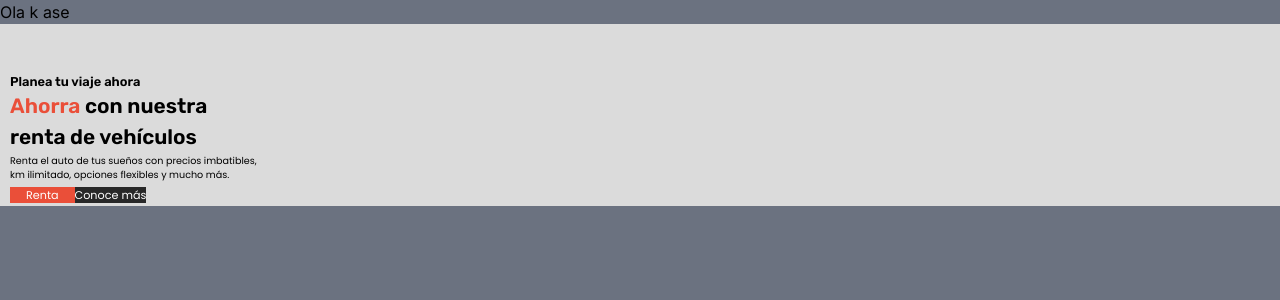
Repository: aldovelacasas/PF_RentCar2
Page: /homePage
These files come from the project's save history. The page is drawn as it stood at one moment and after the next save; the edit follows.
The browser window is 1280 px wide. The pictures show the whole page.
The project was rebuilt for these pictures with package versions that can differ from the ones it lists, and the page was loaded fresh each time. The framework's server and built-in components were replaced by stand-ins that run in the browser. Also part of the build but not shown: next.config.js.

Above is the page before, as saved 2023-08-29 19:13:58.

### src/app/layout.jsx
import "./globals.css";
import { Inter } from "next/font/google";

const inter = Inter({ subsets: ["latin"] });

export const metadata = {
  title: "Create Next App",
  description: "Generated by create next app",
};

export default function RootLayout({ children }) {
  return (
    <html lang="en">
      <body className={inter.className}>
        <h1>Ola k ase</h1>
        <div className="h-[calc(100vh-5rem)]">{children}</div>
      </body>
    </html>
  );
}

### src/app/homePage/page.jsx
import { Rubik, Poppins } from "next/font/google";

const fontRubik = Rubik({
  weight: "600",
  subsets: ["latin"],
});

const fontPoppins = Poppins({
  weight: "400",
  subsets: ["latin"],
});
const poppins = fontPoppins.className;
const rubik = fontRubik.className;

function HomePage() {
  return (
    <div className={`bg-gris_fondo ${rubik} space-y-0 space-x-2.5`}>
      <p className={`pt-12 ml-2.5 text-[0.8em]`}>Planea tu viaje ahora</p>
      <p className="text-[1.3em] mb-0 pb-0">
        <span className="text-naranja_enf mb-0 pb-0">Ahorra </span>
        con nuestra
      </p>
      <p className="text-[1.3em] mt-0 pt-0">renta de vehículos</p>
      <div>
        <p className={`${poppins} text-[0.6em]`}>
          Renta el auto de tus sueños con precios imbatibles,
        </p>
        <p className={`${poppins} text-[0.6em]`}>
          km ilimitado, opciones flexibles y mucho más.
        </p>
        <div>
          <a
            href="#form"
            className={`bg-naranja_enf text-white text-[0.7em] px-4 ${poppins}`}>
            Renta
          </a>
          <a
            href="#form"
            className={`bg-negro_fondo text-white text-[0.7em] ${poppins}`}>
            Conoce más
          </a>
        </div>
      </div>
    </div>
  );
}

export default HomePage;

### src/app/api/products/[id]/route.js
import { NextResponse } from "next/server";
import {conn} from "@/libs/mysql"

export async function GET(request,{params}){
  try {
    const result = await conn.query("SELECT * FROM product WHERE id = ?", [params.id])
    if(result.length === 0 ){
        return NextResponse.json(
         {
            message: "producto no encontrado",
         },
         {
            status:404,
         }
        );
    }
    return NextResponse.json(result[0])
  } catch (error) {
    return NextResponse.json(
        {
            message:error.message,
        },
        {status: 500}
    )
  }
}

export async function DELETE (request,{params} ){
    try {
     const result = await conn.query("DELETE FROM product WHERE id = ?", [params.id]);
     if(result.affectedRows === 0){
         return NextResponse.json({message:"Producto no encontrado"},{status:404})
     }

     return new Response (null, {status: 204})
 } catch (error) {
     return NextResponse.json({message:error.message},{status:500})
 }
    }

export async  function PUT(request, {params}){
   try {
    const data = await request.json()
    const result = await conn.query("UPDATE product SET ? WHERE id = ?", [data , params.id])

    if (result.affectedRows === 0) {
        return NextResponse.json(
        {
            message: "producto no encontrado",
        },
        {
            status: 400,
        }
        )
    }
     const updateProduct = await conn.query("SELECT * FROM product WHERE id = ?", [params.id])

  return NextResponse.json(updateProduct[0])

   } catch (error) {
    return NextResponse.json(
        {
            message: error.message,
        },
        { status: 500}
    )
   }
}

### src/app/api/products/route.js
import { NextResponse } from "next/server";
import {conn} from "@/libs/mysql";

export async function GET(){
    try {
        const results = await conn.query("SELECT * FROM product");
        return NextResponse.json(results)

    } catch (error) {
        return NextResponse.json(
        {
          message: error.message,
        },
        {
            status:500,
        }

        );
    }
}

    export async function POST (request) {
  try {
    const {name, price, year, model, capacity, type, description, image, transmission,  }= await request.json();

    const result  = await conn.query("INSERT INTO product SET ?", {
        name,
        price,
        year,
        model,
        capacity,
        type,
        transmission,
        image,
        description

    })

    return NextResponse.json({
        name,
        price,
        year,
        model,
        capacity,
        type,
        transmission,
        image,
        description,
        id: result.insertId,

    })

  } catch (error) {
    console.log(error);
    return NextResponse.json(
    {
        message: error.message,
    },
    {
        status:500,
    }
    );
  }

}

### src/app/globals.css
@tailwind base;
@tailwind components;
@tailwind utilities;

body {
   @apply bg-gray-500; /* Fondo más claro */
   color: gray-800; /* Texto oscuro */
}

### tailwind.config.js
/** @type {import('tailwindcss').Config} */
module.exports = {
  content: [
    "./src/pages/**/*.{js,ts,jsx,tsx,mdx}",
    "./src/components/**/*.{js,ts,jsx,tsx,mdx}",
    "./src/app/**/*.{js,ts,jsx,tsx,mdx}",
  ],
  theme: {
    extend: {
      backgroundImage: {
        "gradient-radial": "radial-gradient(var(--tw-gradient-stops))",
        "gradient-conic":
          "conic-gradient(from 180deg at 50% 50%, var(--tw-gradient-stops))",
      },
      colors: {
        gris_fondo: "#dbdbdb",
        gris_frente: "#e9e9e9",
        negro_fondo: "#282828",
        naranja_enf: "#ea4f39",
        rojo_status: "#e30613",
        verde_status: "#4aaf4d",
        amarillo_status: "#f0e400",
      },
    },
  },
  plugins: [],
};

Loaded but not shown: src/app/api/bookings/[id]/route.js (no copy from this time; the picture is the same without it); src/app/api/bookings/route.js (no copy from this time; the picture is the same without it); src/app/api/create-payment-intent/route.js (no copy from this time; the picture is the same without it); src/app/api/post/[id]/route.js (no copy from this time; the picture is the same without it); src/app/api/post/route.js (no copy from this time; the picture is the same without it); src/app/api/users/[id]/route.js (no copy from this time; the picture is the same without it); src/app/api/users/route.js (no copy from this time; the picture is the same without it)

After the next save:
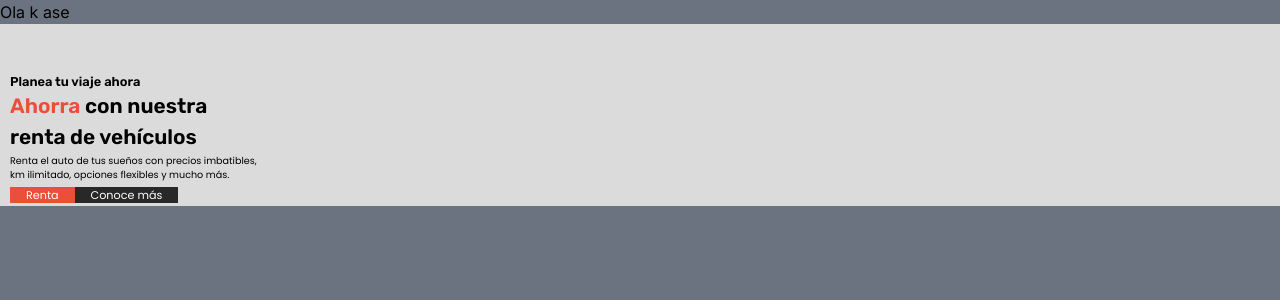
Saved 7 s later.
--- a/src/app/homePage/page.jsx
+++ b/src/app/homePage/page.jsx
@@ -36,7 +36,7 @@ function HomePage() {
           </a>
           <a
             href="#form"
-            className={`bg-negro_fondo text-white text-[0.7em] ${poppins}`}>
+            className={`bg-negro_fondo text-white text-[0.7em] px-4 ${poppins}`}>
             Conoce más
           </a>
         </div>
